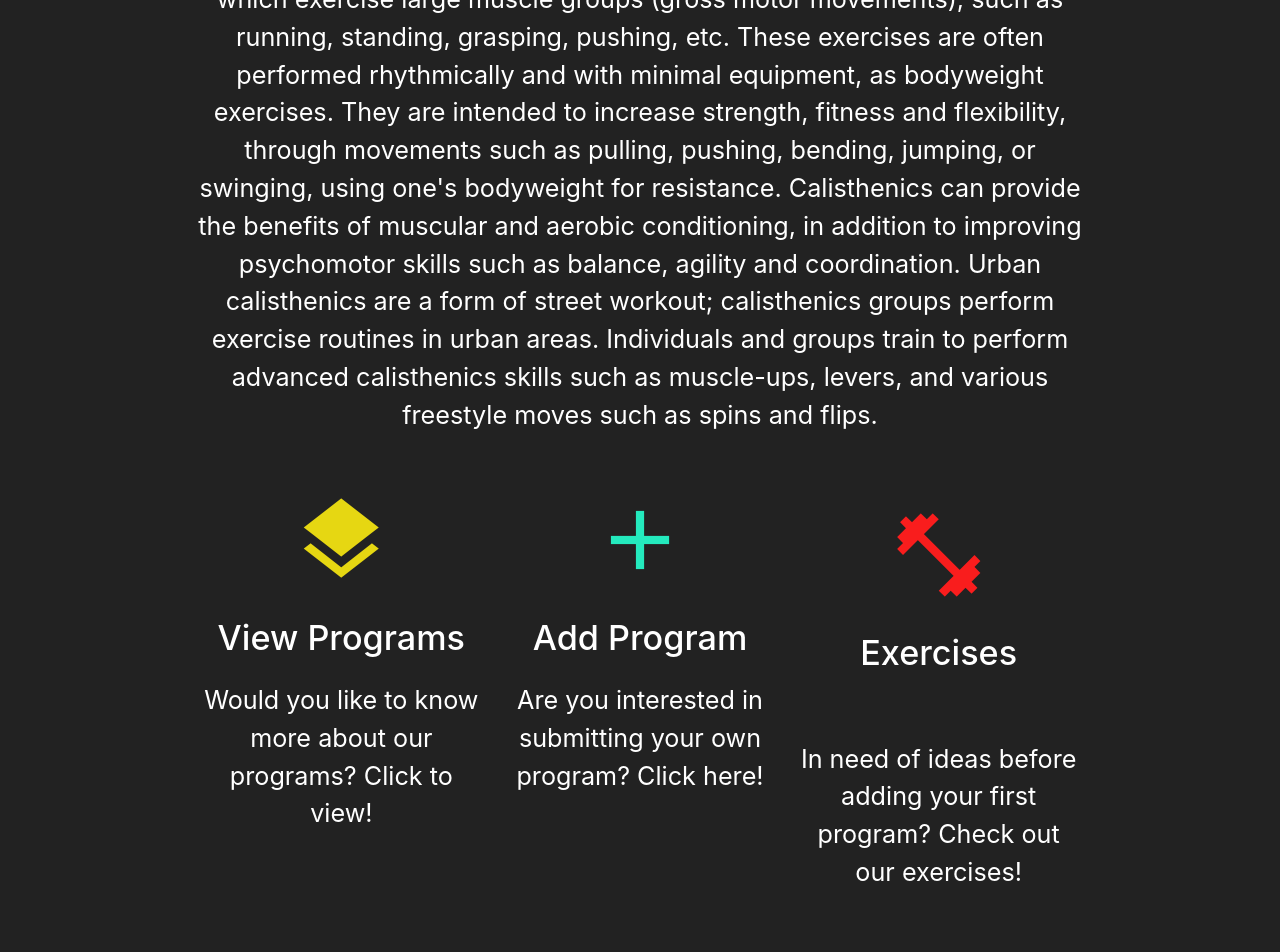
Repository: Ario124/calisthenics-project
Page: http://localhost/
The author's editor kept a record of every edit. The page is drawn from the files as they stood at one moment, then again after the next edit.
The browser window is 1280 px wide. The pictures show the part of the page from y = 970 to 1922 px (the page is 1922 px tall before and 1892 px after).
The page is served by the project's application, run on Flask 3 (app.py).

Above is the page before.

### templates/index.html
{% extends 'base.html' %} {% block content %}

<div class="video-container">
    <iframe src="///www.youtube.com/embed/FHBtLAvNGo4?start=14&end=103&controls=0&showinfo=0&rel=0&autoplay=1&loop=1&playlist=FHBtLAvNGo4&mute=1" frameborder="0" allowfullscreen></iframe>
</div>


<div class="container">
    <div class="col s12 center">
        <h1 class="center expert_title">What is Calisthenics?</h1>

        <p class="flow-text">
            Calisthenics is a form of exercise consisting of a variety of movements which exercise large muscle groups (gross motor movements), such as running, standing, grasping, pushing, etc. These exercises are often performed rhythmically and with minimal equipment,
            as bodyweight exercises.<span class="hide-on-med-and-down"> They are intended to increase strength, fitness and flexibility, through
                                    movements such as pulling, pushing, bending, jumping, or swinging, using one's bodyweight for resistance. Calisthenics can provide
                                    the benefits of muscular and aerobic conditioning, in addition to improving psychomotor skills such as balance, agility and coordination.

                                    Urban calisthenics are a form of street workout; calisthenics groups perform exercise routines in urban areas.
                                    Individuals and groups train to perform advanced calisthenics skills such as muscle-ups, levers, and various freestyle moves such as spins and flips.</span>

        </p>

        <ul class="hide-on-large-only collapsible">
            <li>
                <div class="collapsible-header"><i class="material-icons">info_outline</i>Read More</div>
                <div class="collapsible-body flow-text"><span>They are intended to increase strength, fitness and flexibility, through
                                    movements such as pulling, pushing, bending, jumping, or swinging, using one's bodyweight for resistance. Calisthenics can provide
                                    the benefits of muscular and aerobic conditioning, in addition to improving psychomotor skills such as balance, agility and coordination.

                                    Urban calisthenics are a form of street workout; calisthenics groups perform exercise routines in urban areas.
                                    Individuals and groups train to perform advanced calisthenics skills such as muscle-ups, levers, and various freestyle moves such as spins and flips.</span></div>
            </li>
        </ul>
    </div>
    <div class="center-align row">

        <div class="col s4">
            <a href="{{url_for('get_programs')}}"><i class="material-icons icon-size icon-color">layers</i></a>
            <h4><strong>View Programs</strong></h4>
            <p class="flow-text">Would you like to know more about our programs? Click to view!</p>
        </div>
        <div class="col s4">
            <a href="{{url_for('add_program')}}"> <i class="material-icons icon-size icon-color2">add</i></a>
            <h4><strong>Add Program</strong></h4>
            <p class="flow-text">Are you interested in submitting your own program? Click here!</p>
        </div>
        <div class="col s4">
                <div class="section">
            <a href="{{url_for('exercises')}}"> <i class="material-icons icon-size icon-exercises">fitness_center</i></a>
            <h4><strong>Exercises</strong></h4>
            <div class="section"></div>
            <p class="flow-text">In need of ideas before adding your first program? Check out our exercises!</p>
        </div>

    </div>
</div>

{% endblock %}

### templates/base.html
<!DOCTYPE html>
<html lang="en">
<head>
    <meta charset="UTF-8">
    <meta name="viewport" content="width=device-width, initial-scale=1">
    <link href="https://fonts.googleapis.com/icon?family=Material+Icons" rel="stylesheet">
    <link rel="stylesheet" href="https://cdnjs.cloudflare.com/ajax/libs/materialize/1.0.0/css/materialize.min.css">
    <link rel="stylesheet" href="{{url_for('static', filename="css/main.css")}}" type="text/css" />

    <title>Calisthenics Project</title>
    <link rel="icon" href="https://d1ujqdpfgkvqfi.cloudfront.net/favicon-generator/htdocs/favicons/2019-09-19/50f3ab5b7a10e0ae0911c83435938cd6.ico.png">

</head>
<body>
    <header>

        <div class="navbar-fixed">
            <nav>
                <div class="nav-wrapper">
                    <a href="{{url_for('home')}}" class="brand-logo center"><i class="material-icons hoomee">home</i>Calisthenics</a>
                    <a href="#" data-target="mobile-demo" class="sidenav-trigger"><i class="material-icons">menu</i></a>
                    <ul class="right hide-on-med-and-down">
                        <li><a href="{{url_for('get_programs')}}">View Programs</a></li>
                        <li><a href="{{url_for('add_program')}}">Add Program</a></li>
                        <li><a href="{{url_for('exercises')}}">Exercises</a></li>
                        <li><a href="{{url_for('contact')}}">Contact Us</a></li>
                    </ul>
                </div>
            </nav>

            <ul class="sidenav" id="mobile-demo">
                <li><a class="sidenav-close" href="#!"><i class="material-icons">menu</i>Close</a></li>
                <li><a href="{{url_for('get_programs')}}">View Programs</a></li>
                <li><a href="{{url_for('add_program')}}">Add Program</a></li>
                <li><a href="{{url_for('exercises')}}">Exercises</a></li>
                <li><a href="{{url_for('contact')}}">Contact Us</a></li>
            </ul>
        </div>

    </header>
    {% block content %} {% endblock %}

    <script src="https://cdnjs.cloudflare.com/ajax/libs/jquery/3.4.1/jquery.min.js"></script>
    <script src="https://cdnjs.cloudflare.com/ajax/libs/materialize/1.0.0/js/materialize.min.js"></script>
    <script type="text/javascript">
        M.AutoInit()
    </script>

</body>

</html>

### app.py
import os
from flask import Flask, render_template, redirect, request, url_for
from flask_pymongo import PyMongo
from bson.objectid import ObjectId

app = Flask(__name__)


app.config["MONGO_DBNAME"] = 'calisthenics-project'
app.config["MONGO_URI"] = 'mongodb+srv://root:pasol005@myfirstcluster-qno2b.mongodb.net/calisthenics?retryWrites=true&w=majority'


mongo = PyMongo(app)

@app.route('/')
@app.route('/home')
def home():
    return render_template('index.html')

@app.route('/add_program')
def add_program():
    return render_template('add_program.html', categories =mongo.db.categories.find(), difficulty =mongo.db.difficulty.find())


@app.route('/categories')
def categories():
    return render_template('categories.html')

@app.route('/contact')
def contact():
    return render_template('contact.html')

@app.route('/get_programs')
def get_programs():
    return render_template('programs.html',
        training_programs=mongo.db.training_programs.find(), description =mongo.db.description.find())


@app.route('/insert_program', methods=['POST'])
def insert_program():
    training_programs = mongo.db.training_programs
    training_programs.insert_one(request.form.to_dict())
    return redirect(url_for('get_programs'))

@app.route('/edit_program/<program_id>')
def edit_program(program_id):
    _program = mongo.db.training_programs.find_one({"_id": ObjectId(program_id)})
    _categories = mongo.db.categories.find()
    _difficulty = mongo.db.difficulty.find()
    category_list = [category for category in _categories]
    difficulty_list = [difficult for difficult in _difficulty]
    return render_template('edit_program.html', program = _program, categories = category_list, difficulties = difficulty_list)


@app.route('/update_program/<program_id>', methods=['POST'])
def update_program(program_id):
    training_programs = mongo.db.training_programs
    training_programs.update({'_id': ObjectId(program_id)},
    {
        'category_name':request.form.get('category_name'),
        'difficulty_level':request.form.get('difficulty_level'),
        'program_name':request.form.get('program_name'),
        'exercise':request.form.get('exercise'),
        'exercise2':request.form.get('exercise2'),
        'exercise3':request.form.get('exercise3'),
        'sets_amount':request.form.get('sets_amount'),
        'sets_amount2':request.form.get('sets_amount2'),
        'sets_amount3':request.form.get('sets_amount3'),
        'reps_amount':request.form.get('reps_amount'),
        'reps_amount2':request.form.get('reps_amount2'),
         'reps_amount3':request.form.get('reps_amount3'),
        'equipment_required':request.form.get('equipment_required'),
        'description':request.form.get('description')
    })
    return redirect(url_for('get_programs'))

@app.route('/add_exercise')
def add_exercise():
    return render_template('add_exercise.html')


@app.route('/delete_program/<program_id>')
def delete_program(program_id):
    mongo.db.training_programs.remove({'_id': ObjectId(program_id)})
    return redirect(url_for('get_programs'))


@app.route('/exercises')
def exercises():
    return render_template('exercises.html')

if __name__ == '__main__':
    app.run(host=os.environ.get('IP'),
            port=int(os.environ.get('PORT')),
            debug=True)

### static/css/main.css
nav {
    background-color: #317a90f7;

}

.brand-logo {
    font-size: 40px;
}

.video-container iframe, .video-container object, .video-container embed {
    position: absolute;
    top: 0;
    left: 0;
    width: 100%;
    height: 100%;

}


.circle {
    width: 36%;
}

.video-container {
    bottom: 65px;
    z-index: -4;
}

.collapsible-header {
background-color: transparent;
}

.icon-size {
    font-size: 100px;
    margin-top:30px;
}

.contoo {
    background-color: #212525e8;
    color: orange;
}

.program-header {
    margin-top: 5px;
}

.colored-title {
    color: #e85a13;
}

.icon-color {
    color: #e6d712;
}

.icon-color2 {
    color: #24eabe;
}

.btn-colored {
    background-color: #71c4d8e0;
}

.btn-colored:hover {
    background-color: #3196af;
}

.img-test {
    background-image: url("/static/images/Pushups.jpg");
}

.icon-exercises {
    font-size: 100px;
    margin-top:30px;
    color: #f91d1d;
}

.expert_title {
    margin-bottom: 30px;
    margin-top: 30px;
}
body {
    background-color: #222;
    color: white;
}

nav .brand-logo i, .hoomee {
    font-size: 40px;
}

.select-dropdown {
    color: white;
}

.select-dropdown li.disabled>span {
    color: white;
}

.select-dropdown:focus {
    color:white;
}

input {
    color:white;


}

.container {
    color:white;
}

textarea.materialize-textarea {
    color:white;
}

.dropdown-content {
    background-color: #313131;
}

.dropdown-content li>span {
    color:white;
}

.select-wrapper .caret {
    fill:white
}

.sidenav-overlay {
    opacity: 0 !important;
    position: relative;
}


/* MEDIA QUERIES */



@media all and (min-width: 480px) and (max-width: 768px) {
    nav {
        background-color: #d0501ef7;
    }
            .flow-text {
        font-size: 2.1rem;
    }
}

@media all and (min-width: 768px) and (max-width: 1024px) {

    nav {
        background-color: #d01e1ef7;
    }

        .flow-text {
        font-size: 2.1rem;
    }

}

After the next edit:
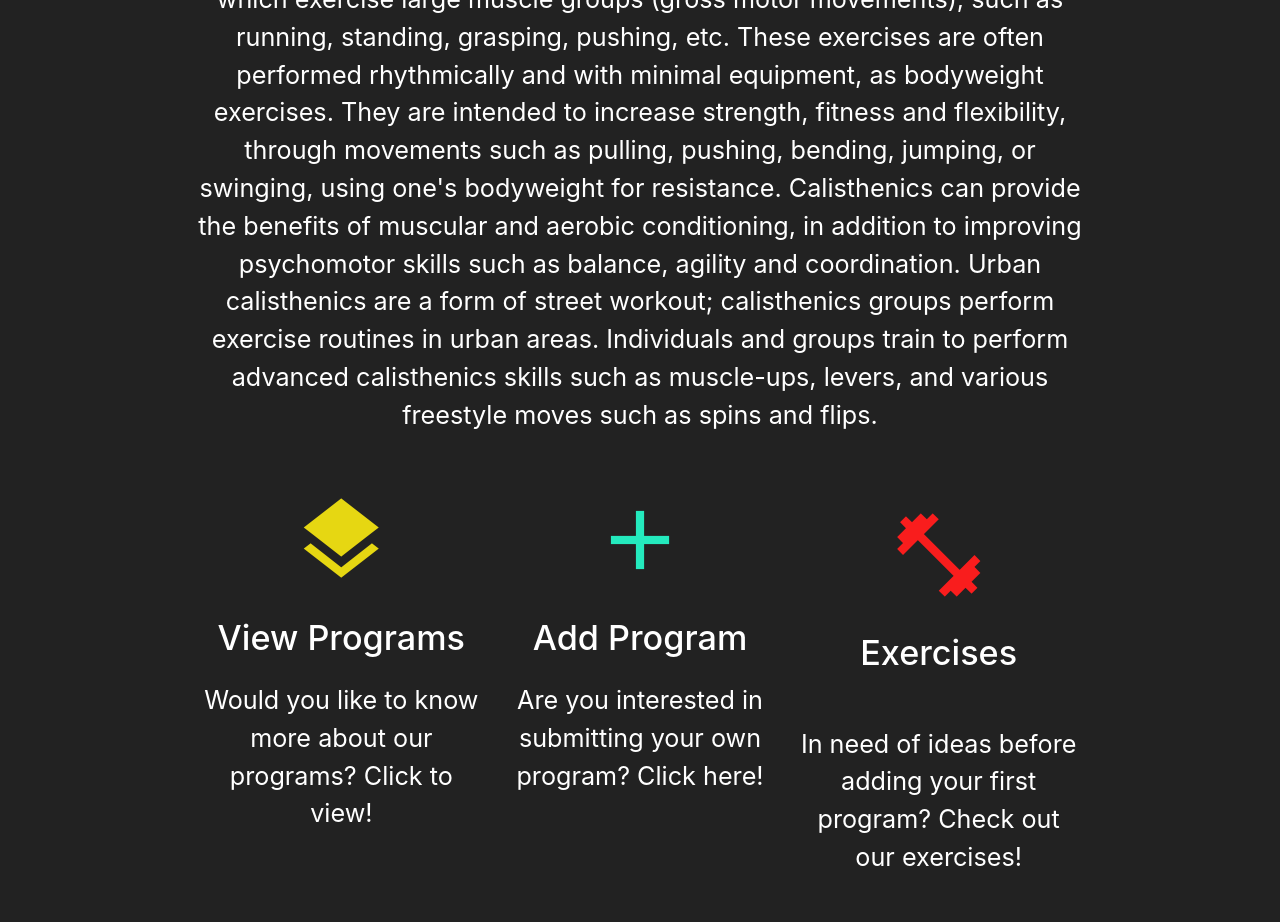
The edit:
--- a/templates/index.html
+++ b/templates/index.html
@@ -47,8 +47,7 @@
         <div class="col s4">
                 <div class="section">
             <a href="{{url_for('exercises')}}"> <i class="material-icons icon-size icon-exercises">fitness_center</i></a>
-            <h4><strong>Exercises</strong></h4>
-            <div class="section"></div>
+            <h4><strong>Exercises</strong></h4></div>
             <p class="flow-text">In need of ideas before adding your first program? Check out our exercises!</p>
         </div>
 
